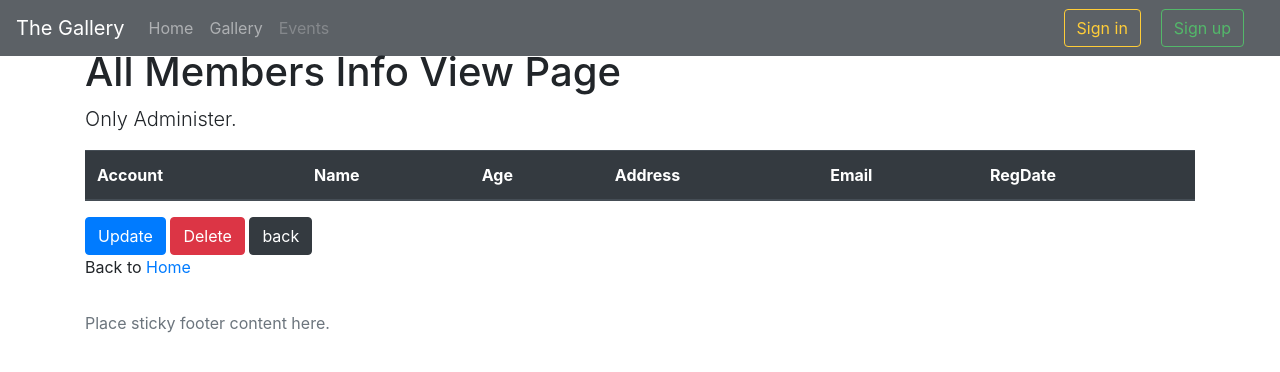
Repository: caramelsyrup/SpringProject1
Page: http://localhost/gallery/WEB-INF/views/member/allmember.jsp
The author's editor kept a copy of each file at every save. The page is drawn from the files as they stood at one save, then again after the next save.
The browser window is 1280 px wide. The pictures show the whole page.
The page is served by Tomcat 9. Nobody is signed in. Other server files are loaded and not shown. The template is opened directly, without the code that normally fills it, so the values that code supplies are empty.

Above is the page before, as saved 2020-11-22 14:44:46.

### gallery/src/main/webapp/WEB-INF/views/member/allmember.jsp
<%@ page language="java" contentType="text/html; charset=UTF-8" pageEncoding="UTF-8"%>
<%@ include file="/resources/includes/header.jsp" %>
<!DOCTYPE html>
<html>
<head>
<meta charset="UTF-8">
<title>memberInfo</title>
</head>
<body>
<!-- Begin page content -->
<main role="main" class="flex-shrink-0">
  <div class="container" >
    <h1 class="mt-5">All Members Info View Page</h1>
    <p class="lead">Only Administer.</p>
		<table class="table">
		  <thead class="thead-dark">
		    <tr>
		      <th scope="col">Account</th>
		      <th scope="col">Name</th>
		      <th scope="col">Age</th>
		      <th scope="col">Address</th>
		      <th scope="col">Email</th>
		      <th scope="col">RegDate</th>
		    </tr>
		  </thead>
		  <tbody>
		  	<c:forEach items="${alist}" var="a">
			    <tr>
			      <th scope="row">${a.username}</th>
			      <td>${a.membername}</td>
			      <td>${a.age}</td>
			      <td>${a.address}</td>
			      <td>${a.email}</td>
			      <td>${a.regdate}</td>
			    </tr>
		    </c:forEach>
		  </tbody>
		</table>
	<input class="btn btn-primary" type="button" id="btndoUpdate" value="Update">
	<input class="btn btn-danger" type="button" id="btndoDelete" value="Delete">
	<input class="btn btn-dark" type="button" value="back" onclick="history.back()">
   <p>Back to <a href="/">Home</a></p>
  </div>

</main>
<script src="/resources/js/member.js"></script>
<footer class="footer mt-auto py-3">
  <div class="container">
    <span class="text-muted">Place sticky footer content here.</span>
  </div>
</footer>
</body>
</html>

### gallery/src/main/webapp/resources/includes/header.jsp
<%@ taglib prefix="c" uri="http://java.sun.com/jsp/jstl/core" %>
<!DOCTYPE html>
<html>
<head>
<meta charset="UTF-8">
    <meta charset="utf-8">
    <meta name="viewport" content="width=device-width, initial-scale=1, shrink-to-fit=no">
    <meta name="description" content="">
    <meta name="author" content="Mark Otto, Jacob Thornton, and Bootstrap contributors">
    <meta name="generator" content="Jekyll v4.1.1">
<script src="https://code.jquery.com/jquery-3.5.1.js" integrity="sha256-QWo7LDvxbWT2tbbQ97B53yJnYU3WhH/C8ycbRAkjPDc=" crossorigin="anonymous"></script>
<!-- Latest compiled and minified CSS -->
<link rel="stylesheet" href="https://stackpath.bootstrapcdn.com/bootstrap/4.5.2/css/bootstrap.min.css">
<!-- Latest compiled JavaScript -->
<script src="https://stackpath.bootstrapcdn.com/bootstrap/4.5.2/js/bootstrap.min.js"></script>
</head>
<!-- 최상단 -->
<body class="d-flex flex-column h-100">
    <header>
  <!-- Fixed navbar -->
  <nav class="navbar navbar-expand-md navbar-dark fixed-top bg-dark" style="opacity: 0.8;">
    <a class="navbar-brand" href="/">The Gallery</a>
    <button class="navbar-toggler" type="button" data-toggle="collapse" data-target="#navbarCollapse" aria-controls="navbarCollapse" aria-expanded="false" aria-label="Toggle navigation">
      <span class="navbar-toggler-icon"></span>
    </button>
    <div class="collapse navbar-collapse" id="navbarCollapse">
      <ul class="navbar-nav mr-auto">
        <li class="nav-item">
          <a class="nav-link" href="/">Home <!-- <span class="sr-only">(current)</span> --> </a>
        </li>
        <li class="nav-item">
          <a class="nav-link" href="/gallery/list">Gallery</a>
        </li>
        <c:choose>
	        <c:when test="${member.auth==0||member.auth==1}">
	        	<li class="nav-item">
		          <a class="nav-link" href="/events/elist">Events</a>
		        </li>
	        </c:when>
			<c:otherwise>
				<li class="nav-item">
		          <a class="nav-link disabled" href="/events/elist"  aria-disabled="true">Events</a>
		        </li>
			</c:otherwise>
        </c:choose>

	    <c:if test="${member.auth==0}">
	     <li class="nav-item">
	      <a class="nav-link" href="/member/memberInfo/${member.username}">Info</a>
	     </li>
	    </c:if>
	    <c:if test="${member.auth==1}">
	     <li class="nav-item">
	      <a class="nav-link" href="/member/allmember">All Member</a>
	     </li>
	     <li class="nav-item">
	      <a class="nav-link" href="/member/memberInfo">All Reservation</a>
	     </li>
	    </c:if>

      </ul>
       <c:choose>
       	<c:when test="${empty member.username}">
       		<a class="btn btn-outline-warning my-2 my-sm-0" href="/member/createMember" style="margin-right: 20px">Sign in</a>
      		<a class="btn btn-outline-success my-2 my-sm-0" href="/customLogin" style="margin-right: 20px">Sign up</a>
      	</c:when>
      	<c:otherwise>
        	<a class="btn btn-outline-success my-2 my-sm-0" href="/customLogout">Logout</a>
        </c:otherwise>
       </c:choose>
    </div>
  </nav>
</header>

### gallery/src/main/webapp/resources/js/member.js
$(document).ready(function(){
	// 회원가입 화면, 중복체크 버튼
	$("#btnIDchk").click(function(){

		var userID = $("#username").val();

		if(userID==""){
			alert("아이디를 입력하세요.");
			$("#username").focus();
			return false;
		}

		$.ajax({
			type:"post",
			url:"/member/idcheck",
			data:{"userID":userID}
		})
		.done(function(resp){
			if(resp.trim()=="yes"){
				alert('사용가능!');
				$(opener.documnet).find("#username").val(userID);
			}else{
				alert('사용불가능!');
				$("#username").val("");
				$("#username").focus();
			}
		})
		.fail(function(error){
			alert("error : "+error);
		})
	});

	//회원가입, 주소 검색 버튼
	$("#btnAddr").on("click",function(){
		window.open("/member/address","","width=800 height=600");
	});
	// 주소창, 주소검색 버튼
	$("#btnAddressChk").click(function(){
		var addr = $("#dong").val();

		if(addr==""){
			alert("동을 입력하세요.");
			$("#dong").focus();
			return false;
		}
		//동검색시, 하단에 결과 값 출력
		$.ajax({
			type:"post",
			url:"/member/searchAddr",
			data:{"dong":addr}
		})
		.done(function(resp){
			var Hstr="";
			Hstr+="<tr><th scope='col'>우편번호</th>";
			Hstr+="<th scope='col'>시도</th>";
			Hstr+="<th scope='col'>구군</th>";
			Hstr+="<th scope='col'>동</th>";
			Hstr+="<th scope='col'>번지</th></tr>";
			$("#resultArea thead").html(Hstr);

			var rStr="";
			$.each(resp,function(key,val){
				rStr +="<tr><th th scope='row'>"+val.zipcode+"</th>";
				rStr +="<td>"+val.sido+"</td>";
				rStr +="<td>"+val.gugun+"</td>";
				rStr +="<td>"+val.dong+"</td>";
				rStr +="<td>"+val.bunji+"</td>";
				rStr +="</tr>";
			})
			$("#resultArea tbody").html(rStr);
		})
		.fail(function(e){
			alert(e);
		});
		// 영역 클릭시, 주소에 자동 입력
		$("#resultArea").on("click","tr",function(){
			var address = $("th:eq(0)",this).text()+" "+$("td:eq(1)",this).text()+" "+$("td:eq(2)",this).text()+" "+$("td:eq(3)",this).text()+" "+$("td:eq(4)",this).text();
			$(opener.document).find("#address").val(address);
			self.close();
		});
	});

	// 회원가입 화면, 회원가입버튼
	$("#btndoCreate").on("click",function(){
		if($("#username").val().trim()==""){
			alert('아이디를 입력하세요!');
			return false;
		}
		if($("#password").val().trim()==""){
			alert('비밀번호를 입력하세요!');
			return false;
		}
		if($("#membername").val().trim()==""){
			alert('이름을 입력하세요!');
			return false;
		}
		if($("#age").val().trim()==""){
			alert('나이를 입력하세요!');
			return false;
		}
		if($("#address").val().trim()==""){
			alert('주소를 입력하세요!');
			return false;
		}
		if($("#email").val().trim()==""){
			alert('이메일을 입력하세요!');
			return false;
		}
		$("#createForm").submit();
	});

	// 회원개인정보창, 회원정보 변경
	$("#btndoUpdate").click(function(){
		if($("#password").val().trim()==""){
			alert('비밀번호를 입력하세요!');
			return false;
		}
		if($("#membername").val().trim()==""){
			alert('이름을 입력하세요!');
			return false;
		}
		if($("#age").val().trim()==""){
			alert('나이를 입력하세요!');
			return false;
		}
		if($("#address").val().trim()==""){
			alert('주소를 입력하세요!');
			return false;
		}
		if($("#email").val().trim()==""){
			alert('이메일을 입력하세요!');
			return false;
		}

		if(confirm('Would you change the information?')){
			$("#updateForm").submit();
		}
	});

	// 회원 개인정보창, 회원삭제
	$("#btndoDelete").click(function(){
		if(confirm('Would you delete your account?')){
			var username = $("#username").val();
			//삭제가 참일때
			$.ajax({
				type:"DELETE",
				url:"/member/dodelete/"+username,
				contentType:"application/json;charset=utf-8"	// 서버에 보낼때 헤더 설정. json형태, utf-8인코딩
			})
			.done(function(resp){
				alert('Done deleting');
				location.href="/customLogout";
			})
			.fail(function(e){
				alert(e);
			});
		}	//if문 종결
	});


});

After the next save:
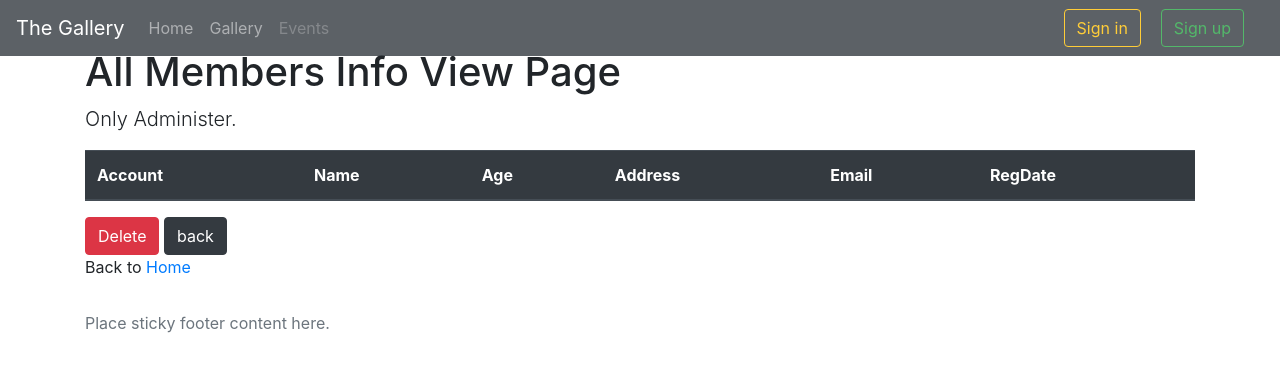
Saved 3 min 36 s later.
--- a/gallery/src/main/webapp/WEB-INF/views/member/allmember.jsp
+++ b/gallery/src/main/webapp/WEB-INF/views/member/allmember.jsp
@@ -36,7 +36,6 @@
 		    </c:forEach>
 		  </tbody>
 		</table>
-	<input class="btn btn-primary" type="button" id="btndoUpdate" value="Update">
 	<input class="btn btn-danger" type="button" id="btndoDelete" value="Delete">
 	<input class="btn btn-dark" type="button" value="back" onclick="history.back()">
    <p>Back to <a href="/">Home</a></p>
